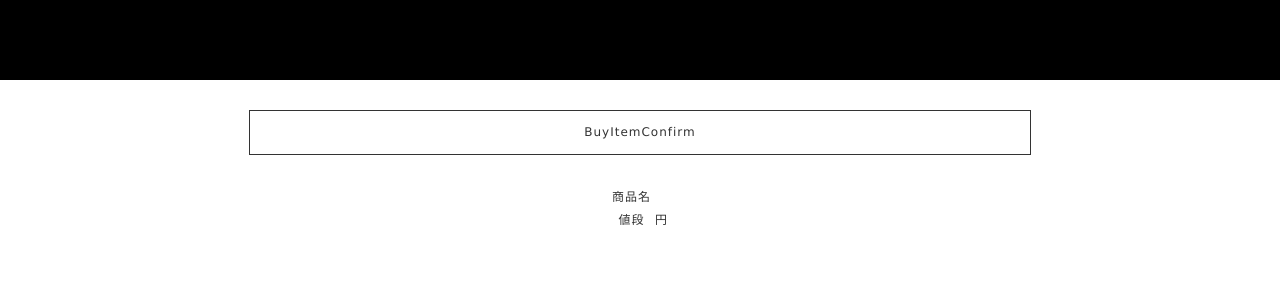
Repository: cha-git/ecsite
Page: http://localhost/template/buyItemConfirm.jsp
The author's editor kept a copy of each file at every save. The page is drawn from the files as they stood at one save, then again after the next save.
The browser window is 1280 px wide. The pictures show the whole page.
The page is served by Tomcat 9. Other server files are loaded and not shown.

Above is the page before, as saved 2018-12-26 10:44:19.

### template/WebContent/buyItemConfirm.jsp
<%@ page language="java" contentType="text/html; charset=UTF-8"
    pageEncoding="UTF-8"%>
<%@ taglib prefix="s" uri="/struts-tags" %>
<!DOCTYPE html>
<html>
<head>
	<meta http-equiv="Content-Type" content="text/html; charset=UTF-8" />
	<meta http-equiv="Content-Style-Type" content="text/css" />
	<meta http-equiv="Content-Script-Type" content="text/javascrpit" />
	<meta http-equiv="imagetoolbar" content="no" />
	<meta name="description" content="" />
	<meta name="keywords" content="" />
	<title>buyItemConfirm画面</title>

	<style type="text/css">
	/* ========TAG LAYOUT======== */
	body {
		margin:0;
		padding:0;
		line-height:1.6;
		letter-spacing:1px;
		font-family:Verdana, Helvetica, sans-serif;
		font-size:12px;
		color:#333;
		background:#fff;
	}

	table {
		text-align:center;
		margin:0 auto;
	}
	/* ========ID LAYOUT======== */
	#top {
		width:780px;
		margin:30px auto;
		border:1px solid #333;
	}

	#header {
		width:100%;
		height:80px;
		background-color:black;
	}

	#main {
		width:100%;
		height:500px;
		text-align:center;
	}

	#footer {
		width:100%;
		height:80px;
		background-color:black;
		clear:both;
	}
	</style>
</head>
<body>
	<div id="header">
		<div id="pr">
		</div>
	</div>
	<div id="main">
		<div id="top">
			<p>BuyItemConfirm</p>
		</div>
		<div>
			<s:form action="BuyItemConfirmAction">
			<table>
				<tr>
					<td>商品名</td>
					<td><s:property value="session.buyItem_name" /></td>
				</tr>
				<tr>
					<td>値段</td>
					<td>
						<s:property value="session.buyItem_price" />
						<span>円</span>
					</td>
				</tr>
			</table>
			</s:form>
		</div>
	</div>
</body>
</html>

After the next save:
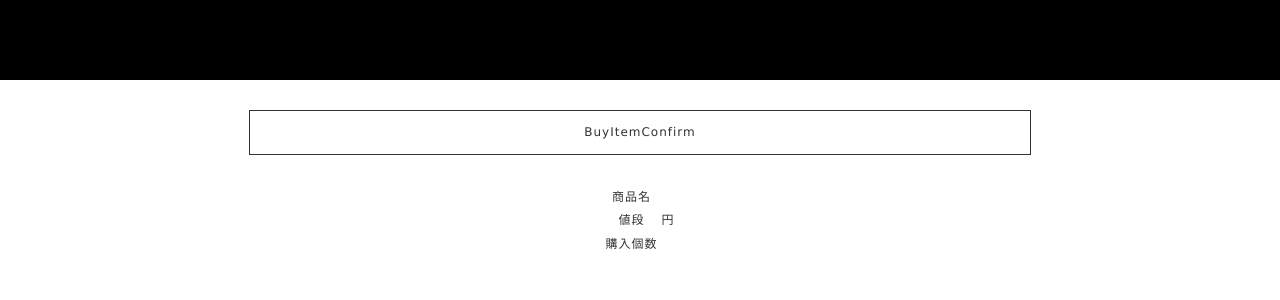
Saved 51 s later.
--- a/template/WebContent/buyItemConfirm.jsp
+++ b/template/WebContent/buyItemConfirm.jsp
@@ -79,6 +79,10 @@
 						<span>円</span>
 					</td>
 				</tr>
+				<tr>
+					<td>購入個数</td>
+					<td><s:property value="session.stock" /></td>
+				</tr>
 			</table>
 			</s:form>
 		</div>
